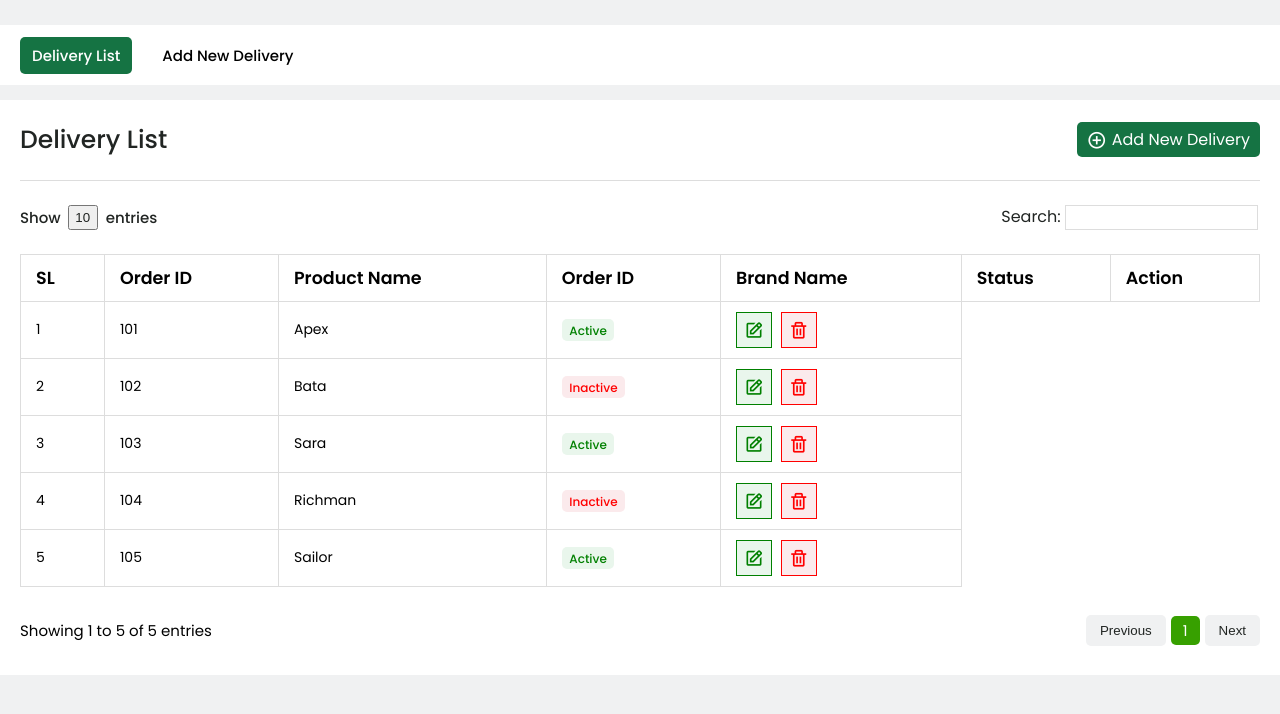
Repository: codebyaddro/delivery-page
Page: delivery.html
The author's editor kept a copy of each file at every save. The page is drawn from the files as they stood at one save, then again after a run of saves.
The browser window is 1280 px wide. The pictures show the whole page.

Above is the page before, as saved 2025-02-27 13:51:43.

### delivery.html
<!DOCTYPE html>
<html lang="en">
<head>
    <meta charset="UTF-8">
    <meta name="viewport" content="width=device-width, initial-scale=1.0">
    <link rel="stylesheet" href="/delivery.css">
    <link href='https://unpkg.com/boxicons@2.1.4/css/boxicons.min.css' rel='stylesheet'>
    <title>Document</title>
</head>
<body>
    <div class="brand-container">
        <div class="top-menus">
            <ul>
                <li><a href="/index.html" class="active-menu">Delivery List</a></li>
                <li><a href="/inner-page/html/anb.html" class="light-up">Add New Delivery</a></li>
            </ul>
        </div>
        <div class="list-container">
            <div class="heading-add-new-btn">
                <div class="heading">
                    <h2>Delivery List</h2>
                </div>
                <div class="add-new-btn">
                    <i class='add-icon bx bx-plus-circle'></i>
                    <a href="/inner-page/html/anb.html">Add New Delivery</a>
                </div>
            </div>
            <div class="list-short-dpdwn-search-box">
                <div class="list-short-dpdwn">
                    <h3>Show</h3>
                    <select name="10" id="">
                        <option value="">10</option>
                        <option value="">20</option>
                        <option value="">30</option>
                        <option value="">All</option>
                    </select>
                    <h3>entries</h3>
                </div>
                <div class="search-box">
                    <legend>Search: <input type="text"></legend>
                </div>
            </div>
            <div class="table-list">
                <table>
                    <thead>
                        <tr>
                            <th title="SL">SL</th>
                            <th title="Code">Order ID</th>
                            <th title="Code">Product Name</th>
                            <th title="Code">Order ID</th>
                            <th title="Category Name">Brand Name</th>
                            <th title="Status">Status</th>
                            <th title="Action">Action</th>
                        </tr>
                    </thead>
                    <tbody>
                        <tr>
                            <td>1</td>
                            <td>101</td>
                            <td>Apex</td>
                            <td><span class="active">Active</span></td>
                            <td>
                                <a title="Edit" href="#"><i class='edit-icon bx bx-edit'></i></a>
                                <a title="Delete" href="#"><i class='delete-icon bx bx-trash'></i></a>
                            </td>
                        </tr>
                        <tr>
                            <td>2</td>
                            <td>102</td>
                            <td>Bata</td>
                            <td><span class="inactive">Inactive</span></td>
                            <td>
                                <a title="Edit" href="#"><i class='edit-icon bx bx-edit'></i></a>
                                <a title="Delete" href="#"><i class='delete-icon bx bx-trash'></i></a>
                            </td>
                        </tr>
                        <tr>
                            <td>3</td>
                            <td>103</td>
                            <td>Sara</td>
                            <td><span class="active">Active</span></td>
                            <td>
                                <a title="Edit" href="#"><i class='edit-icon bx bx-edit'></i></a>
                                <a title="Delete" href="#"><i class='delete-icon bx bx-trash'></i></a>
                            </td>
                        </tr>
                        <tr>
                            <td>4</td>
                            <td>104</td>
                            <td>Richman</td>
                            <td><span class="inactive">Inactive</span></td>
                            <td>
                                <a title="Edit" href="#"><i class='edit-icon bx bx-edit'></i></a>
                                <a title="Delete" href="#"><i class='delete-icon bx bx-trash'></i></a>
                            </td>
                        </tr>
                        <tr>
                            <td>5</td>
                            <td>105</td>
                            <td>Sailor</td>
                            <td><span class="active">Active</span></td>
                            <td>
                                <a title="Edit" href="#"><i class='edit-icon bx bx-edit'></i></a>
                                <a title="Delete" href="#"><i class='delete-icon bx bx-trash'></i></a>
                            </td>
                        </tr>
                    </tbody>
                </table>
            </div>
            <div class="entries-details-list-page-btn">
                <div class="entries-details">
                    Showing <span>1</span> to <span>5</span> of <span>5</span> entries
                </div>
                <div class="list-page-btn">
                    <button>Previous</button>
                    <h4><span>1</span></h4>
                    <button>Next</button>
                </div>
            </div>
        </div>
    </div>
</body>
</html>

### delivery.css
/* -- fonts -- */
@import url('https://fonts.googleapis.com/css2?family=Poppins:ital,wght@0,100;0,200;0,300;0,400;0,500;0,600;0,700;0,800;0,900;1,100;1,200;1,300;1,400;1,500;1,600;1,700;1,800;1,900&family=Raleway:ital,wght@0,100..900;1,100..900&family=Roboto:ital,wght@0,100;0,300;0,400;0,500;0,700;0,900;1,100;1,300;1,400;1,500;1,700;1,900&family=VT323&display=swap');

/* -- root -- */

:root {
    --gray-white: #F0F1F2;
    --white: #FFFFFF;
    --black: #000000;
    --gray-black: #DDDDDD;
    --light-black: #212523;
    --light-black-op: #21252350;
    --main-green: #157343;
    --main-light: #37A000;
    --light-orange: #FD7E14;
    --green: #008000;
    --light-green: #e9f6ec;
    --red: #FF0000;
    --light-red: #fbeaec;
}

/* ---------- */

* {
    box-sizing: border-box;
}

body {
    margin: 0;
    padding: 0;
    font-family: "Poppins", serif;
    background-color: var(--gray-white);
}

::selection {
    color: var(--white);
    background-color: var(--main-light);
}

/* -- category container style -- */

.brand-container {
    width: 100%;
    margin-top: 25px;
}

/* -- top menus style--  */

.top-menus {
    background-color: var(--white);
    display: flex;
    justify-content: left;
    align-items: center;
    height: 60px;
    margin-bottom: 15px;
}

.top-menus ul {
    list-style-type: none;
    display: flex;
    gap: 30px;
    margin-left: -20px;
}

.top-menus ul li a {
    text-decoration: none;
    color: var(--black);
    font-size: 15px;
    font-weight: 500;
}

/* -- active menu style -- */

.active-menu {
    color: var(--white)!important;
    background-color: var(--main-green);
    padding: 8px 12px;
    border-radius: 5px;
}

/* -- menu hover style -- */

.light-up:hover {
    color: var(--light-orange);
}

/* -- list container style -- */

.list-container {
    background-color: var(--white);
    padding: 0px 20px;
}

/* -- heading-add-new-btn style -- */

.heading-add-new-btn {
    display: flex;
    justify-content: space-between;
    align-items: center;
    border-bottom: 1px solid var(--gray-black) ;
}

.heading h2 {
    color: var(--light-black);
    font-size: 25px;
    font-weight: 500;
}

/* -- add-new-btn style -- */

.add-new-btn {
    display: flex;
    gap: 5px;
    justify-content: baseline;
    align-items: center;
}

.add-new-btn {
    background-color: var(--main-green);
    padding: 5px 10px;
    border-radius: 5px;
}

.add-new-btn a {
    color: var(--white);
    text-decoration: none;
}

.add-icon {
    color: var(--white);
    font-size: 20px;
}

/* -- list-short-dpdwn-search-box style -- */

.list-short-dpdwn-search-box {
    display: flex;
    justify-content: space-between;
    align-items: center;
    padding: 10px 0px;
}

/* -- list-short-dpdwn style -- */

.list-short-dpdwn {
    display: flex;
    gap: 7.5px;
    align-items: center;
}

.list-short-dpdwn h3 {
    color: var(--light-black);
    font-size: 15px;
    font-weight: 500;
}

.list-short-dpdwn select {
    color: var(--light-black);
    appearance: none;
    height: 25px;
    width: 30px;
    padding-left: 6px;
    outline: none;
    border-radius: 2.5px;
}

/* -- search-box style -- */

.search-box {
    display: flex;
    align-items: center;
}

.search-box legend {
    color: var(--light-black);
}

.search-box input {
    outline: none;
    height: 25px;
    width: 193px;
    border: 1px solid var(--gray-black);
}

/* -- table-list style --*/

table {
    border-collapse: collapse;
    width: 100%;
}

/* -- thead style -- */

thead {
    cursor: pointer;
}

th, td {
    border: 1px solid var(--gray-black);
    padding: 10px 15px;
}

thead tr th {
    font-size: 17.5px;
    font-weight: 600;
    text-align: left;
}

tbody tr td {
    font-size: 14px;
}

tbody tr:hover {
    background-color: var(--gray-white);
}

/* -- tbody style -- */

/* status style */

.active {
    color: var(--green);
    background-color: var(--light-green);
    font-size: 12px;
    font-weight: 500;
    padding: 2.5px 7.5px;
    border-radius: 5px;
}

.inactive {
    color: var(--red);
    background-color: var(--light-red);
    font-size: 12px;
    font-weight: 500;
    padding: 2.5px 7.5px;
    border-radius: 5px;
}

/* -- action style -- */

.edit-icon {
    color: var(--green);
    background-color: var(--light-green);
    padding: 7px 7px;
    margin-right: 2.5px;
    border: 1px solid var(--green);
    font-size: 20px;
}

.edit-icon:hover {
    background-color: var(--light-black-op);
}

.delete-icon {
    color: var(--red);
    background-color: var(--light-red);
    padding: 7px 7px;
    margin-left: 2.5px;
    border: 1px solid var(--red);
    font-size: 20px;
}

.delete-icon:hover {
    background-color: var(--light-black-op);
}

/* -- entries-details-list-page-btn style -- */

.entries-details-list-page-btn {
    display: flex;
    justify-content: space-between;
    align-items: center;
    padding: 10px 0px;
}

.entries-details {
    color: var(--black);
    font-size: 15px;
}

.list-page-btn {
    display: flex;
    gap: 5px;
    align-items: center;
}

.list-page-btn button {
    color: var(--light-black);
    background-color: var(--gray-white);
    padding: 8px 14px;
    border: none;
    border-radius: 5px;
    cursor: pointer;
}

.list-page-btn h4 {
    color: var(--white);
    background-color: var(--main-light);
    font-size: 15px;
    font-weight: 400;
    padding: 3px 12px;
    border-radius: 5px;
}

After the next 9 saves:
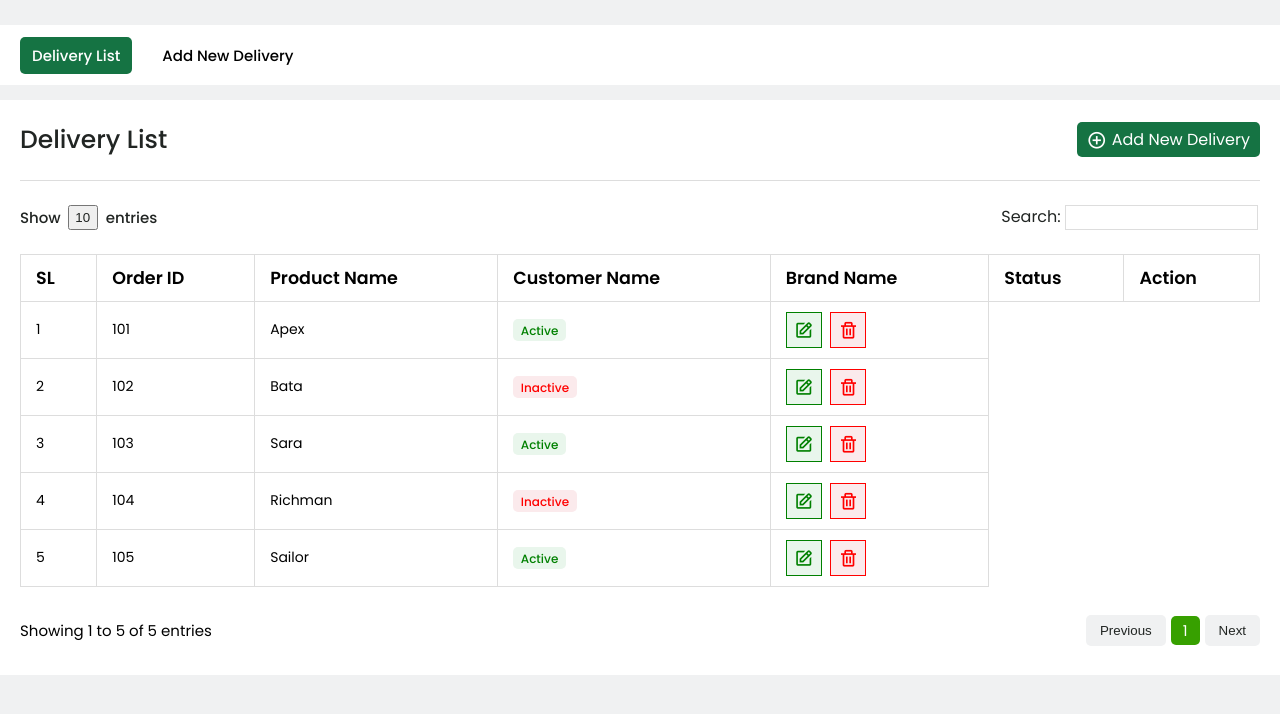
The 9 saves are shown as one change because they came seconds apart.
The last was saved 17 s later.
--- a/delivery.html
+++ b/delivery.html
@@ -47,7 +47,7 @@
                             <th title="SL">SL</th>
                             <th title="Code">Order ID</th>
                             <th title="Code">Product Name</th>
-                            <th title="Code">Order ID</th>
+                            <th title="Code">Customer Name</th>
                             <th title="Category Name">Brand Name</th>
                             <th title="Status">Status</th>
                             <th title="Action">Action</th>
